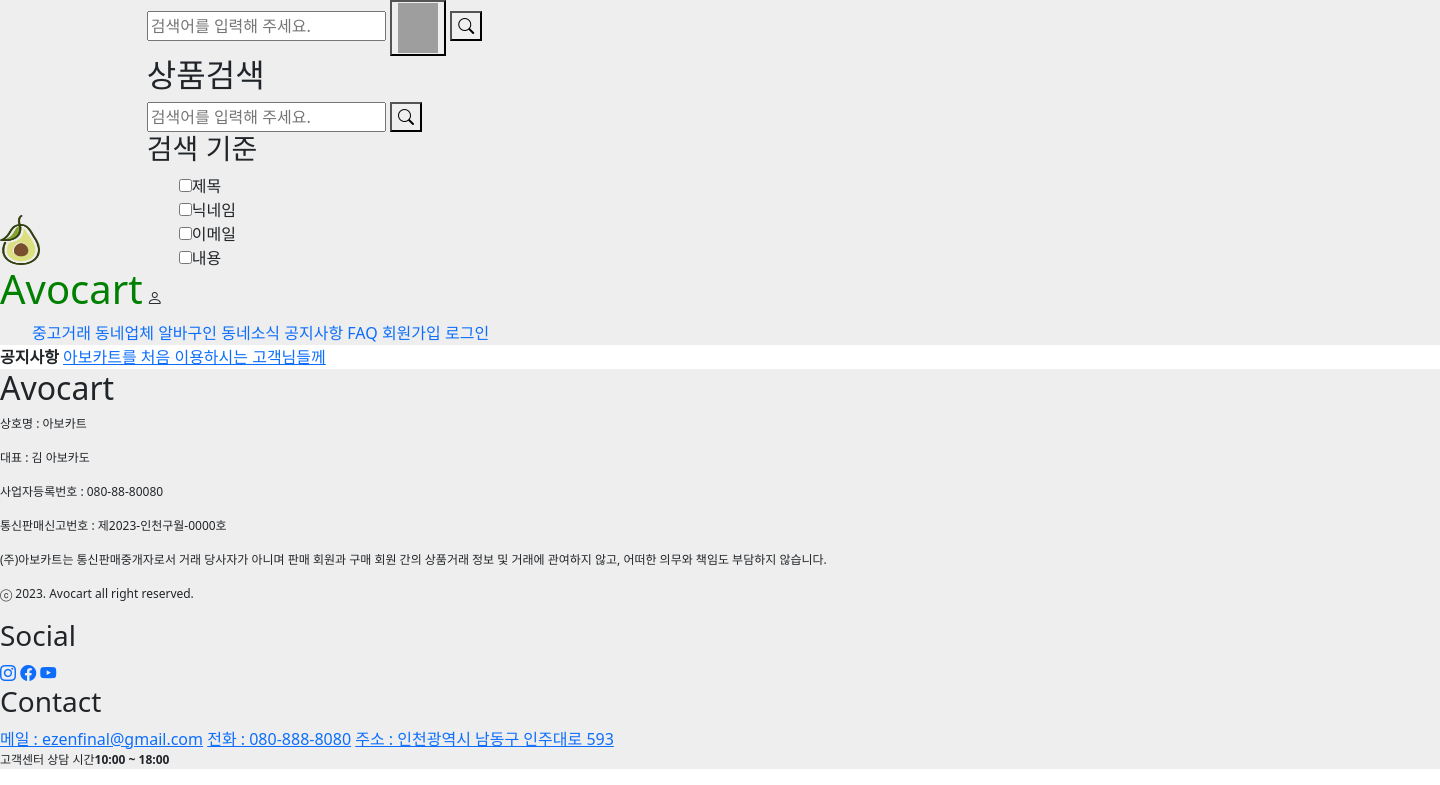
Repository: kimms0311/finalProject
Page: http://localhost/finalProject/WEB-INF/views/joongo/register.jsp
The author's editor kept a copy of each file at every save. The page is drawn from the files as they stood at one save, then again after the next save.
The browser window is 1280 px wide. The page is 1440 px wide, so the pictures cover 1440 px, including what lies to the right of the window. The pictures show the whole page.
Pictures or frames that could not be fetched are drawn as grey boxes. The page is served by Tomcat 9. Nobody is signed in. Other server files are loaded and not shown. The template is opened directly, without the code that normally fills it, so the values that code supplies are empty.

Above is the page before, as saved 2023-11-15 10:54:07.

### finalProject/src/main/webapp/WEB-INF/views/joongo/register.jsp
<%@ page language="java" contentType="text/html; charset=UTF-8"
    pageEncoding="UTF-8"%>
<!DOCTYPE html>
<html>
<head>
<meta charset="UTF-8">
<title>Insert title here</title>
</head>
<body>
<jsp:include page="../common/header.jsp" />

<jsp:include page="../common/footer.jsp" />
</body>
</html>

### finalProject/src/main/webapp/WEB-INF/views/common/header.jsp
<%@ page language="java" contentType="text/html; charset=UTF-8"
    pageEncoding="UTF-8"%>
<%@ taglib uri="http://java.sun.com/jsp/jstl/core" prefix="c"%>
<%@ taglib uri="http://www.springframework.org/security/tags" prefix="sec" %>
<!DOCTYPE html>
<html>
<head>
<meta charset="UTF-8">
<title>Insert title here</title>
<link rel="stylesheet" href="../resources/css/page.css">
<link href="https://cdn.jsdelivr.net/npm/bootstrap@5.3.1/dist/css/bootstrap.min.css" rel="stylesheet" integrity="sha384-4bw+/aepP/YC94hEpVNVgiZdgIC5+VKNBQNGCHeKRQN+PtmoHDEXuppvnDJzQIu9" crossorigin="anonymous">
<script src="https://cdn.jsdelivr.net/npm/bootstrap@5.3.1/dist/js/bootstrap.bundle.min.js" integrity="sha384-HwwvtgBNo3bZJJLYd8oVXjrBZt8cqVSpeBNS5n7C8IVInixGAoxmnlMuBnhbgrkm" crossorigin="anonymous"></script>
<link rel="stylesheet" href="https://cdn.jsdelivr.net/npm/bootstrap-icons@1.10.5/font/bootstrap-icons.css">
</head>
<body>

<div class="headerContainer">
   <header>
      <div class="logoSec">
         <img alt="logo" src="../resources/image/avocartLogo.png">
         <h1><a href="/">Avocart</a></h1>
      </div>
      <div class="searchSec">
         <form action="/common/search" method="post">
            <input type="search" id="searchInput" placeholder="검색어를 입력해 주세요.">
            <button type="button"><img width="24" height="24" src="https://img.icons8.com/plumpy/24/macos-close.png" alt="macos-close"/></button>
            <button type="button" class="openMenu">
               <i class="bi bi-search"></i>
            </button>
            <div class="searchMenu off">
               <h2>상품검색</h2>
               <input type="search" id="keyword" name="keyword" placeholder="검색어를 입력해 주세요.">
               <button type="submit">
                  <i class="bi bi-search"></i>
               </button>
               <h3>검색 기준</h3>
               <ul>
                  <li><input type="checkbox" name="srcCondit" id="ck_title" value="title"><label for="ck_title">제목</label></li>
                  <li><input type="checkbox" name="srcCondit" id="ck_nickname" value="nickname"><label for="ck_nickname">닉네임</label></li>
                  <li><input type="checkbox" name="srcCondit" id="ck_email" value="email"><label for="ck_email">이메일</label></li>
                  <li><input type="checkbox" name="srcCondit" id="ck_content" value="content"><label for="ck_content">내용</label></li>
               </ul>
               <!-- <h3>게시판 선택</h3>
               <ul>
                  <li><input type="checkbox" name="srcCondit" id="title" value="title"><label for="title">제목</label></li>
                  <li><input type="checkbox" name="srcCondit" id="nickname" value="nickname"><label for="nickname">닉네임</label></li>
                  <li><input type="checkbox" name="srcCondit" id="email" value="email"><label for="email">이메일</label></li>
                  <li><input type="checkbox" name="srcCondit" id="content" value="content"><label for="content">내용</label></li>
               </ul> -->
               <!-- <button type="button" id="checkCondit">확인</button> -->
            </div>
         </form>
         <i id="my" class="bi bi-person"></i>
         <!-- 로그인 후 오픈되어야 할 메뉴 -->
         <sec:authorize access="isAuthenticated()">
           <sec:authentication property="principal.mvo.memEmail" var="authEmail" />
            <div id="myMenu" class="off">
               <ul>
                  <li><a href="/hmember/detail?memEmail=${authEmail }">마이페이지</a></li>
                  <li><a href="#" id="logoutLink">로그아웃</a></li>
                  <form action="/member/logout" method="post" id="logoutForm">
                       <input type="hidden" name="memEmail" value="${authEmail }">
                  </form>
               </ul>
            </div>
         </sec:authorize>
      </div>
   </header>
   <nav>
      <ul>
         <li><a href="/joongo/list">중고거래</a></li>
         <li><a href="/store/list">동네업체</a></li>
         <li><a href="/job/list">알바구인</a></li>
         <li><a href="/community/list">동네소식</a></li>
         <li><a href="#">공지사항</a></li>
         <li><a href="#">FAQ</a></li>

           <!-- 로그인 전 오픈되어야 할 메뉴 -->
         <sec:authorize access="isAnonymous()">
            <li><a href="/member/register">회원가입</a></li>
            <li><a href="/member/login">로그인</a></li>
         </sec:authorize>
      </ul>
   </nav>
</div>

<script type="text/javascript" src="/resources/js/header.js"></script>
</body>
</html>

### finalProject/src/main/webapp/WEB-INF/views/common/footer.jsp
<%@ page language="java" contentType="text/html; charset=UTF-8"
    pageEncoding="UTF-8"%>
<!DOCTYPE html>
<html>
<head>
<meta charset="UTF-8">
<title>Insert title here</title>
</head>
<body>
<footer>
	<section class="infoSec">
		<div>
			<b>공지사항</b>
			<a href="#">아보카트를 처음 이용하시는 고객님들께</a>
		</div>
	</section>
	<div class="footerContainer">
		<div class="mainSec">
			<h2>Avocart</h2>
			<p>상호명 : 아보카트</p>
			<p>대표 : 김 아보카도</p>
			<p>사업자등록번호 : 080-88-80080</p>
			<p>통신판매신고번호 : 제2023-인천구월-0000호</p>
			<p>(주)아보카트는 통신판매중개자로서 거래 당사자가 아니며 판매 회원과 구매 회원 간의 상품거래 정보 및 거래에 관여하지 않고, 어떠한 의무와 책임도 부담하지 않습니다.</p>
			<p>ⓒ 2023. Avocart all right reserved.</p>
		</div>
		<div class="socialSec">
			<h3>Social</h3>
			<a href="#"><i class="bi bi-instagram"></i></a>
			<a href="#"><i class="bi bi-facebook"></i></a>
			<a href="#"><i class="bi bi-youtube"></i></a>
		</div>
		<div class="contactSec">
			<h3>Contact</h3>
			<a href="mailto:ezenFinal@gmail.com">메일 : ezenfinal@gmail.com</a>
			<a href="tel:080-888-8080">전화 : 080-888-8080</a>
			<a href="https://kko.to/k2pByw0PdA" target="_blank">주소 : 인천광역시 남동구 인주대로 593</a>
			<p>고객센터 상담 시간<b>10:00 ~ 18:00</b></p>
		</div>
	</div>
</footer>
</body>
</html>

### finalProject/src/main/webapp/resources/css/page.css
@import url("reset.css");
@import url("global.css");

### finalProject/src/main/webapp/resources/css/global.css
.headerContainer{
}
header{
	width: 1440px;
	margin: 0 auto;
	background-color: #eeeeee;
}
header>*{
	display: inline-block;
}
header img{
	width: 40px;
	height: 50px;
}
header h1 a{
	text-decoration: none;
	color: green;
}
nav{
	width: 1440px;
	margin: 0 auto;
	background-color: #eeeeee;

}
nav ul{
	display: inline;
}
nav ul li{
	display: inline-block;
}
nav ul li a{
	text-decoration: none;

}


.bodyContainer{
	margin: 0 auto;
	width: 1440px;
}

footer .footerContainer{
	margin: 0 auto;
	width: 1440px;
	background-color: #eeeeee;

}

footer{
}
footer p{
	display: block;
	font-size: 12px;
}

Loaded but not shown: finalProject/src/main/webapp/resources/css/reset.css (common file); finalProject/src/main/webapp/resources/js/header.js (no copy from this time; the picture is the same without it)

After the next save:
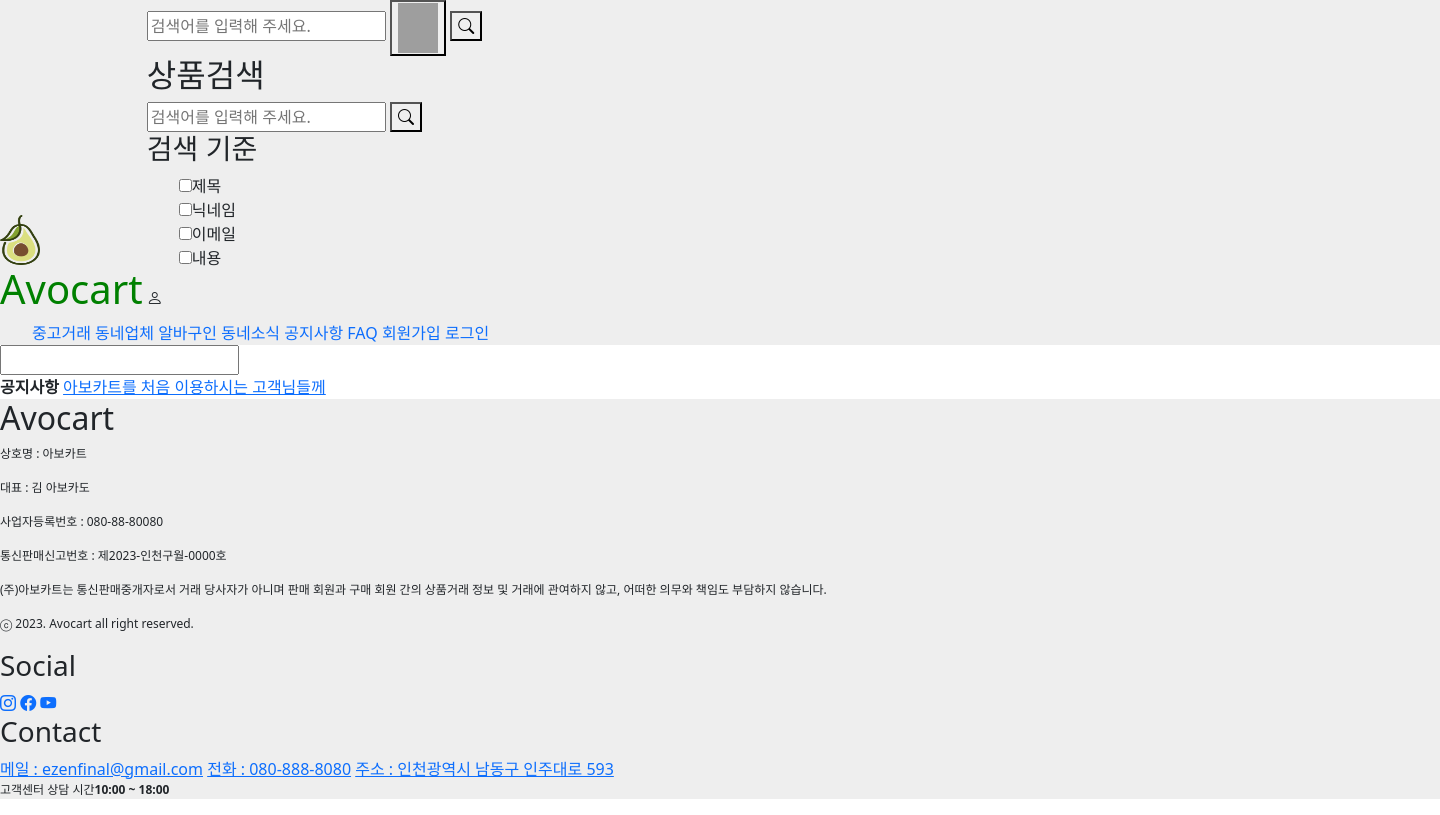
Saved 10 min 37 s later.
--- a/finalProject/src/main/webapp/WEB-INF/views/joongo/register.jsp
+++ b/finalProject/src/main/webapp/WEB-INF/views/joongo/register.jsp
@@ -8,7 +8,12 @@
 </head>
 <body>
 <jsp:include page="../common/header.jsp" />
+<div class="bodyContainer">
+<form class="form-floating" action="/joongo/register" method="post">
+	<input type="text">
 
+</form>
+</div>
 <jsp:include page="../common/footer.jsp" />
 </body>
 </html>
